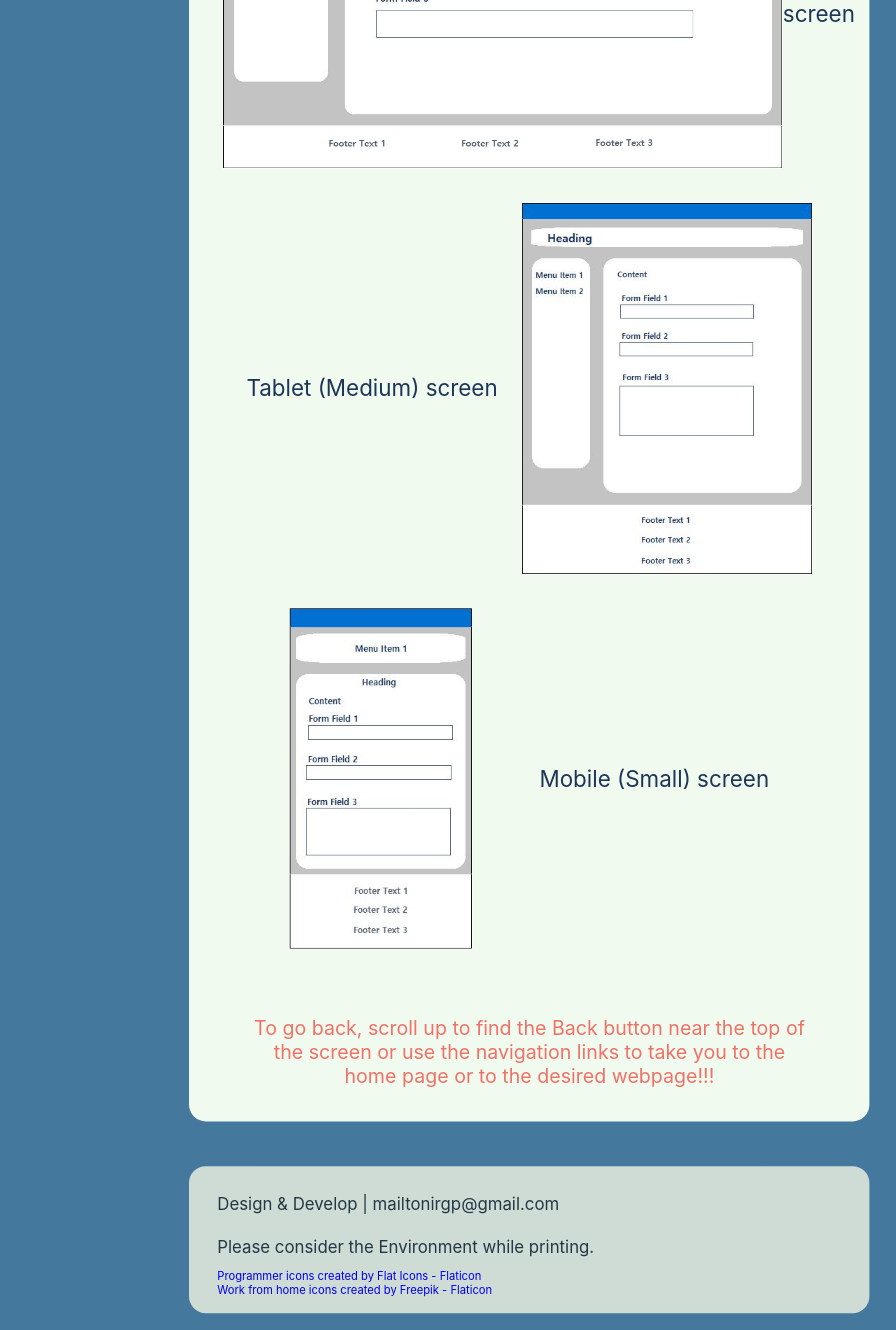
Repository: niranjangp/portfolioReact
Page: /cs-one
The author's editor kept a copy of each file at every save. The page is drawn from the files as they stood at one save, then again after the next save.
The browser window is 1280 px wide. The pictures show the part of the page from y = 1380 to 3300 px (the page is 3280 px tall before and 3300 px after), at 70% of full size.
The project was rebuilt for these pictures with package versions that can differ from the ones it lists, and the page was loaded fresh each time. Also part of the build but not shown: src/pages/enterDesign.jsx, src/pages/notFound.jsx.

Above is the page before, as saved 2022-02-01 14:15:14.

After the next save:
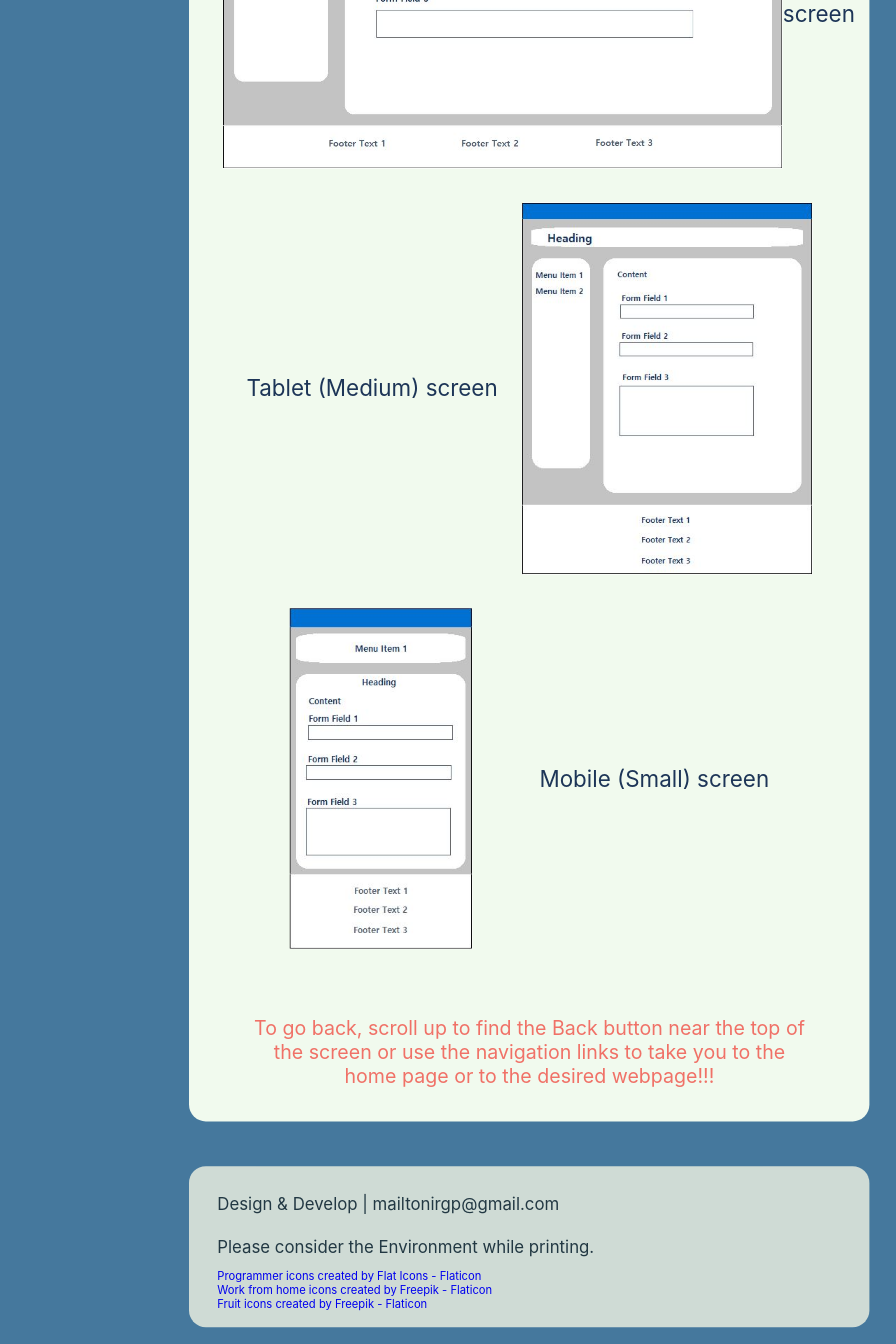
Saved 15 min 2 s later.
--- a/src/App.js
+++ b/src/App.js
@@ -3,6 +3,7 @@ import './App.css';
 import { Route, NavLink, Switch, Redirect } from 'react-router-dom';
 import EnterTheDesign from './pages/enterDesign';
 import CSOne from './pages/csOne';
+import CSTwo from './pages/csTwo';
 import NotFound from './pages/notFound';
 
 function App() {
@@ -35,6 +36,7 @@ function App() {
             <Route exact path="/" ><Redirect to="/enter-the-design" /></Route>
             <Route path="/enter-the-design" ><EnterTheDesign /></Route>
             <Route exact path="/cs-one" ><CSOne /></Route>
+            <Route exact path="/cs-two" ><CSTwo /></Route>
 
             <Route path="*"><NotFound /></Route>
           </Switch>
@@ -64,6 +66,7 @@ function App() {
           <div className='credits'>
             <a href={flatIconLink} title="programmer icons">Programmer icons created by Flat Icons - Flaticon</a>
             <a href={wfhIconLink} title="work from home icons">Work from home icons created by Freepik - Flaticon</a>
+            <a href="https://www.flaticon.com/free-icons/fruit" title="fruit icons">Fruit icons created by Freepik - Flaticon</a>
           </div>
         </footer>
       </div>
